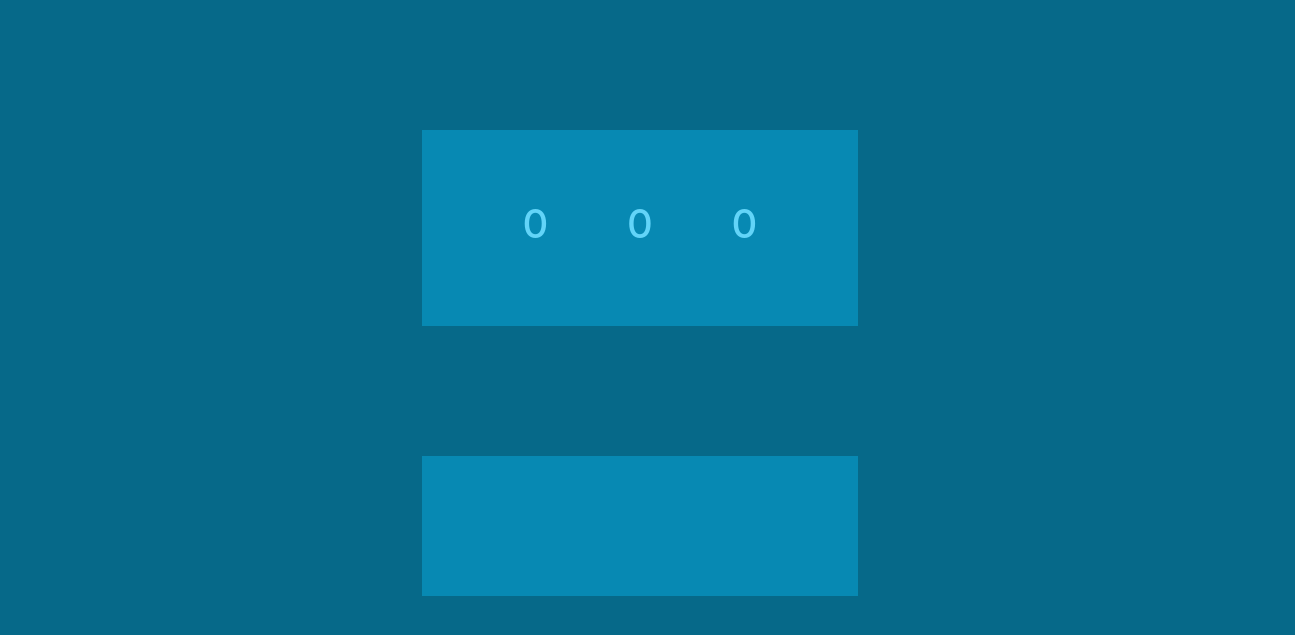
Repository: moiz9265/stopwatch
Page: index.html
These files come from the project's save history. The page is drawn as it stood at one moment and after the next save; the edit follows.
The browser window is 1280 px wide. The page is 1295 px wide, so the pictures cover 1295 px, including what lies to the right of the window. The pictures show the whole page.

Above is the page before, as saved 2020-07-09 22:58:30.

### index.html
<!DOCTYPE html>
<html lang="en">
  <head>
    <meta charset="utf-8">
    <title>Stop Watch</title>

    <link rel="stylesheet" href="css/bootstrap.min.css">
    <link rel="stylesheet" href="css/style.css" type="text/css">
    <script src="js/app.js">

    </script>
  </head>
  <body>
      <!-- <h1  style="text-align: center;">Stop Watch</h1> -->
        <div class="row" style="margin-top: 80px;">
            <div class="col-md-4">

            </div>
            <div id="maindiv" style=" text-align: center;" class="col-sm-12 col-md-4">
                <h1>0</h1>
                <h1>0</h1>
                <h1>0</h1>
                <!-- <h1>0</h1> -->
            </div>
            <div class="col-md-4">

            </div>

        </div>
        <div class="row" style="margin-top: 80px;">
            <div class="col-md-4">

            </div>
            <div id="maindiv" style=" text-align: center;" class="col-sm-12 col-md-4">

            </div>
            <div class="col-md-4">

            </div>

        </div>

  </body>
  <script src="js/jquery-3.2.1.slim.min.js"></script>
  <script src="js/popper.min.js"></script>
  <script src="js/bootstrap.min.js"> </script>
</html>

### css/style.css
body{
    background-color: #066989;
}

#maindiv
{
        margin-top: 50px;
    width: 40%;
    background-color: #0789B3;
    padding-top: 70px;
    padding-bottom: 70px;
    padding-left: 30px;
    padding-right: 30px;


}

h1
{
    display: inline-block;
    width: 100px;
   text-align: center;
   color: #62D4F8;
}

Loaded but not shown: css/bootstrap.min.css (library); js/jquery-3.2.1.slim.min.js (library); js/popper.min.js (library); js/bootstrap.min.js (library); js/app.js (no stored copy; drawn as an empty file)

After the next save:
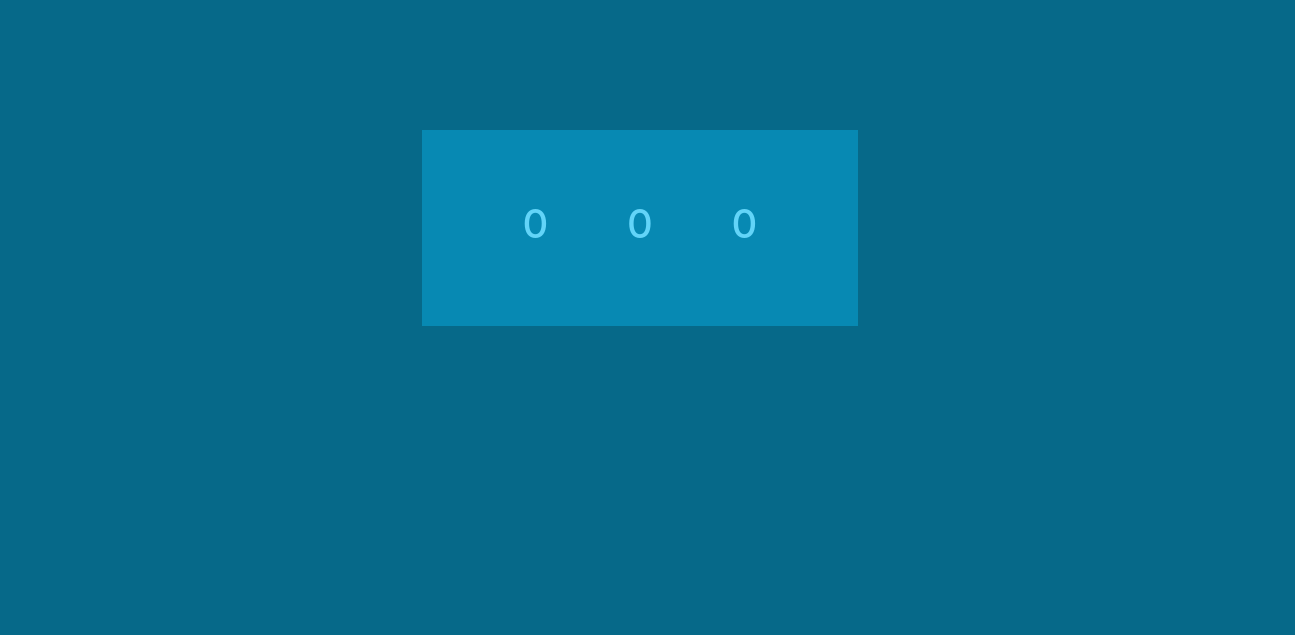
Saved 5 s later.
--- a/index.html
+++ b/index.html
@@ -31,7 +31,7 @@
             <div class="col-md-4">
 
             </div>
-            <div id="maindiv" style=" text-align: center;" class="col-sm-12 col-md-4">
+            <div  style=" text-align: center;" class="col-sm-12 col-md-4">
 
             </div>
             <div class="col-md-4">
